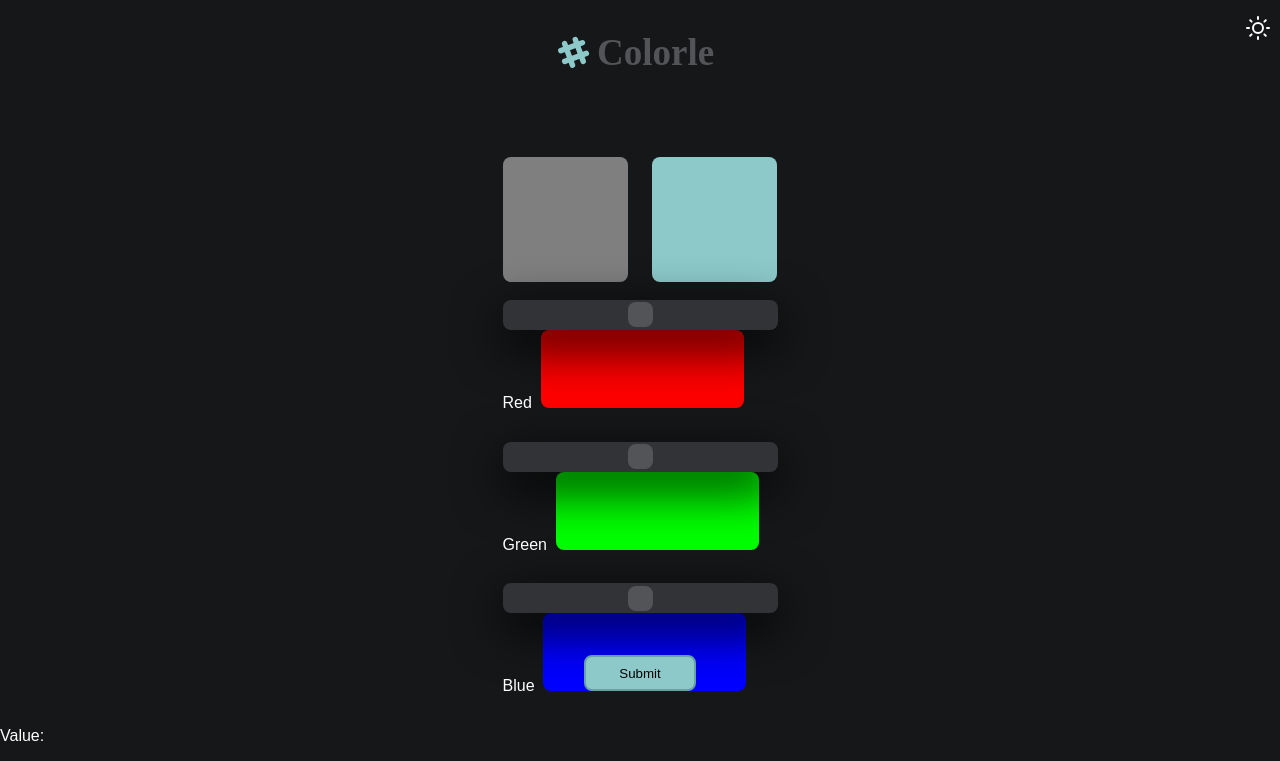
Repository: Artem-Melnik/Colorle
Page: index.html
These files come from the project's save history. The page is drawn as it stood at one moment and after the next save; the edit follows.
The browser window is 1280 px wide. The pictures show the whole page.

Above is the page before, as saved 2022-05-14 23:18:28.

### index.html
<!-- TODO: Change text/icon color -->
<!-- TODO: Represent guess correctness using Linear-style icons -->
<!-- TODO: Replace Colorle text logo with SVG/image due to font problems -->
<!-- TODO: Add textboxes where player can enter exact RGB values -->
<!DOCTYPE html>
<html>
  <head>
    <title>Parcel Sandbox</title>
    <link rel="icon" type="image/x-icon" href="assets/logo.svg">
    <link rel="stylesheet" href="styles.css">
    <meta charset="UTF-8" />
    <meta name="viewport" content="width=device-width" />
  </head>

  <script
    src="https://ajax.googleapis.com/ajax/libs/jquery/3.6.0/jquery.min.js"
    type="text/javascript"
  ></script>
  <script
    src="https://ajax.googleapis.com/ajax/libs/jqueryui/1.13.1/jquery-ui.min.js"
    type="text/javascript"
  ></script>
  <!-- Host feather icons locally and remove CDN? -->
  <script src="https://unpkg.com/feather-icons"></script>
  <script>
      feather.replace();
    </script>
  <script type="module" src="index.js" type="text/javascript"></script>

  <body>
    <div id="app"></div>
    <div class="topBar">
      <div id="header">
        <img id="logo" src="assets/logo.svg">
        <p id="title">Colorle</p>
      </div>
      <p>
        <button type="button" id="themeToggle">
          <img src="assets/sun-icon.svg">
          <!-- <i id="themeIcon" data-feather="sun"></i> -->
        </button>
      </p>
    </div>

    <div id="topColors">
      <div id="previewAll"></div>
      <div id="correctColor"></div>
    </div>
    <div id="redContainer">
      <input
        type="range"
        min="0"
        max="255"
        value="128"
        class="slider"
        id="sliderRed"
      />
      <p class="currentColor" id="currentRed">Red</p>
      <p class="rating" id="ratingRed"></p>
      <div id="previewRed"></div>
    </div>
    <div id="greenContainer">
      <input
        type="range"
        min="0"
        max="255"
        value="128"
        class="slider"
        id="sliderGreen"
      />
      <p class="currentColor" id="currentGreen">Green</p>
      <p class="rating" id="ratingGreen"></p>
      <div id="previewGreen"></div>
    </div>
    <div id="blueContainer">
      <input
        type="range"
        min="0"
        max="255"
        value="128"
        class="slider"
        id="sliderBlue"
      />
      <p class="currentColor" id="currentBlue">Blue</p>
      <p class="rating" id="ratingBlue"></p>
      <div id="previewBlue"></div>
    </div>
    <div class="guessText">
      <p>Value: <span id="guessColor"></span></p>
    </div>
    <div class="buttonContainer">
      <button type="button" id="submitButton">Submit</button>
    </div>
  </body>
</html>

### styles.css
body {
  font-family: sans-serif;
  margin: 0;
  background: #151718;
  color: #ffffff;
}

.lightTheme {
  background: #ffffff;
  color: #151718;
}

/* Changes the correctColor gradient to dark/black */
/* .correctColorDark {
  background-image: linear-gradient(
    to bottom,
    rgba(0, 0, 0, 0),
    rgba(0, 0, 0, 1) 100%
  ) !important;
} */

#header {
  display: block;
  position: relative;
  margin-left: auto;
  margin-right: auto;
  margin-bottom: 7%;
  margin-top: 2%;
  width: 165px;
  height: 42px;
  align-items: center;
}

#logo {
  position: relative;
  justify-content: center;
  align-items: center;
  margin-top: 10px;
  margin-bottom: -3px;
  margin-right: 3px;
  width: 32px;
  height: 32px;
}

#title {
  font-family: "Asap";
  font-style: normal;
  font-weight: 700;
  font-size: 37px;
  line-height: 42px;
  display: inline-block;
  /* align-items: center; */
  /* text-align: center; */
  color: #535458;
  margin: 0px;
}

#themeToggle {
  width: 25px;
  height: 25px;
  position: absolute;
  right: 15px;
  top: 15px;
  color: grey;
  background: none;
  border: none;
  transform: scale(1);
  transition: all 0.5s;
}

#themeToggle:hover {
  transform: scale(1.2);
}

#themeIcon {
  color: grey;
  width: 25px;
  height: 25px;
  transform: scale(1);
  transition: all 0.5s;
}

#themeIcon.animate {
  color: grey;
  transform: scale(0);
}

.transform-active {
  /* background-color: blue;
  animation-name: darkToLight;
  animation-duration: 1s; */
  color: #151718;
}

.transform {
  -webkit-transition: all 2s ease;
  -moz-transition: all 2s ease;
  -o-transition: all 2s ease;
  -ms-transition: all 2s ease;
  transition: all 2s ease;
}

/* @keyframes darkTolight {
  0% {
    color: #ffffff;
  }
  100% {
    color: #151718;
  }
} */

/* #previewId {
  width: 100px;
  height: 100px;
  background-color: var(color);
  border: solid black;
} */

/* correctColor gradient */
/* #correctColor {
  position: absolute;
  top: 0px;
  width: 100%;
  height: 25%;
  background-color: var(color);
  margin: auto;
  background-image: linear-gradient(
    to bottom,
    rgba(255, 255, 255, 0),
    rgba(255, 255, 255, 1) 100%
  );
  z-index: -1;
} */

#topColors {
  width: 275px;
  margin: auto;
}

#correctColor {
  display: inline-block;
  position: relative;
  width: 125px;
  height: 125px;
  border-radius: 8px;
  margin-left: 10px;
}

#previewAll {
  background-color: rgb(127, 127, 127);
  display: inline-block;
  position: relative;
  width: 125px;
  height: 125px;
  border-radius: 8px;
  order: 1;
  margin-right: 10px;
}

#redContainer,
#greenContainer,
#blueContainer {
  display: auto;
  justify-content: center;
  margin: auto;
  width: 275px;
}

#sliderRed,
#sliderGreen,
#sliderBlue {
  display: block;
  -webkit-appearance: none;
  -moz-appearance: none;
  appearance: none;
  background: #323337;
  width: 275px;
  height: 30px;
  top: 100px;
  border-radius: 8px;
  margin: auto;
  margin-top: 5%;
  filter: drop-shadow(0px 15px 25px #000000);
}

#sliderRed::-webkit-slider-thumb,
#sliderGreen::-webkit-slider-thumb,
#sliderBlue::-webkit-slider-thumb {
  -webkit-appearance: none;
  appearance: none;
  width: 25px;
  height: 25px;
  background: #535458;
  cursor: pointer;
  border-radius: 8px;
}

#currentRed,
#currentGreen,
#currentBlue,
#ratingRed,
#ratingGreen,
#ratingBlue {
  display: inline-block;
  position: relative;
}

#previewRed,
#previewGreen,
#previewBlue {
  display: inline-block;
  position: relative;
  width: 203px;
  height: 78px;
  /* background-color: var(color); */
  /* border: solid black; */
  border-radius: 8px;
  margin: auto;
  z-index: -1;
}

#previewRed {
  background-color: rgb(255, 0, 0);
}

#previewGreen {
  background-color: rgb(0, 255, 0);
}

#previewBlue {
  background-color: rgb(0, 0, 255);
}

.buttonContainer {
  display: flex;
  justify-content: center;
}

#submitButton {
  position: fixed;
  width: 112px;
  height: 36px;
  bottom: 4%;
  border: 2px solid;
  border-radius: 8px;
  transition: all 0.3s ease 0s;
}

#submitButton:hover {
  position: fixed;
  width: 112px;
  height: 36px;
  bottom: 4%;
  border: 2px solid;
  border-radius: 8px;
  filter: drop-shadow(0px 10px 15px #8dc9c980);
  transform: translateY(-5px);
}

#submitButton:active {
  position: fixed;
  width: 112px;
  height: 36px;
  bottom: 4%;
  border: 2px solid;
  border-radius: 8px;
  filter: drop-shadow(0px 10px 15px #8dc9c980);
  transform: translateY(-1px);
}

### index.js
// document.getElementById("sliderRange").innerHTML = `
// <div class="slidercontainer"></div>
// `;
// var root = document.querySelector(":root");
// var slider = document.getElementById("sliderRange");
// // Change "demo" to something else?
// var sliderRange = document.getElementById("demo");
// sliderRange.innerHTML = slider.value;
let correctRed = 141;
let correctGreen = 201;
let correctBlue = 201;

let red;
let green;
let blue;
// TODO: Split correctRGB into 3 seperate colors
let correctRgb =
  "rgb(" + correctRed + ", " + correctGreen + ", " + correctBlue + ")";

function changeColor() {
  red = document.getElementById("sliderRed").value;
  green = document.getElementById("sliderGreen").value;
  blue = document.getElementById("sliderBlue").value;

  document.getElementById("previewRed").style.backgroundColor =
    "rgb(" + red + ", 0, 0)";
  document.getElementById("previewGreen").style.backgroundColor =
    "rgb(0," + green + ", 0)";
  document.getElementById("previewBlue").style.backgroundColor =
    "rgb(0, 0," + blue + ")";

  document.getElementById("currentRed").textContent = red;
  document.getElementById("currentGreen").textContent = green;
  document.getElementById("currentBlue").textContent = blue;
}

// Shows guess color when submit button is clicked
// Also checks how close the guess is to the correct color
function onSubmit() {
  document.getElementById("previewAll").style.backgroundColor =
    "rgb(" + red + ", " + green + ", " + blue + ")";
  document.getElementById("guessColor").textContent =
    "rgb(" + red + ", " + green + ", " + blue + ")";

  // TODO: Optimize code for red, green, and blue checks
  // Check if red guess is correct
if (red == correctRed) {
  document.getElementById('ratingRed').innerText = "SS";
} else if ((red > correctRed - 6) && (red < correctRed + 6)) {
  document.getElementById('ratingRed').innerText = "S";
} else if ((red > correctRed - 12) && (red < correctRed + 12)) {
  document.getElementById('ratingRed').innerText = "A";
} else if ((red > correctRed - 24) && (red < correctRed + 24)) {
  document.getElementById('ratingRed').innerText = "B";
} else if ((red > correctRed - 48) && (red < correctRed + 48)) {
  document.getElementById('ratingRed').innerText = "C";
} else {
  document.getElementById('ratingRed').innerText = "D";
}

  // Does same thing as red check but for green
if (green == correctGreen) {
  document.getElementById('ratingGreen').innerText = "SS";
} else if ((green > correctGreen - 6) && (green < correctGreen + 6)) {
  document.getElementById('ratingGreen').innerText = "S";
} else if ((green > correctGreen - 12) && (green < correctGreen + 12)) {
  document.getElementById('ratingGreen').innerText = "A";
} else if ((green > correctGreen - 24) && (green < correctGreen + 24)) {
  document.getElementById('ratingGreen').innerText = "B";
} else if ((green > correctGreen - 48) && (green < correctGreen + 48)) {
  document.getElementById('ratingGreen').innerText = "C";
} else {
  document.getElementById('ratingGreen').innerText = "D";
}

  // Does same thing as red check but for blue
if (blue == correctBlue) {
  document.getElementById('ratingBlue').innerText = "SS";
} else if ((blue > correctBlue - 6) && (blue < correctBlue + 6)) {
  document.getElementById('ratingBlue').innerText = "S";
} else if ((blue > correctBlue - 12) && (blue < correctBlue + 12)) {
  document.getElementById('ratingBlue').innerText = "A";
} else if ((blue > correctBlue - 24) && (blue < correctBlue + 24)) {
  document.getElementById('ratingBlue').innerText = "B";
} else if ((blue > correctBlue - 48) && (blue < correctBlue + 48)) {
  document.getElementById('ratingBlue').innerText = "C";
} else {
  document.getElementById('ratingBlue').innerText = "D";
}

  // if ("rgb(" + red + "," + green + "," + blue + ")" === "rgb(141,201,201)") {
  //   alert("Correct!");
  // }
}

$("#themeToggle").click(function () {
  $("#themeIcon").toggleClass("animate");
});

function themeSwitch() {
  document.body.classList.toggle("lightTheme");
  document.getElementById("correctColor").classList.toggle("correctColorDark");
}

document.getElementById("correctColor").style.backgroundColor = correctRgb;
document.getElementById("logo").style.fill = correctRgb;
document.getElementById("submitButton").style.backgroundColor = correctRgb;
document.getElementById("submitButton").style.borderColor =
  "rgb(" +
  (correctRed - 38) +
  ", " +
  (correctGreen - 38) +
  ", " +
  (correctBlue - 38) +
  ")";

document.getElementById("sliderRed").addEventListener("input", changeColor);
document.getElementById("sliderGreen").addEventListener("input", changeColor);
document.getElementById("sliderBlue").addEventListener("input", changeColor);
document.getElementById("submitButton").addEventListener("click", onSubmit);
document.getElementById("themeToggle").addEventListener("click", themeSwitch);

// Plugs in sliderRange for green in RGB
// Outputs the value of the slider
// slider.oninput = function () {
//   sliderRange.innerHTML = this.value;
//   root.style.setProperty("--green", sliderRange);
//   alert(sliderRange);
// };

After the next save:
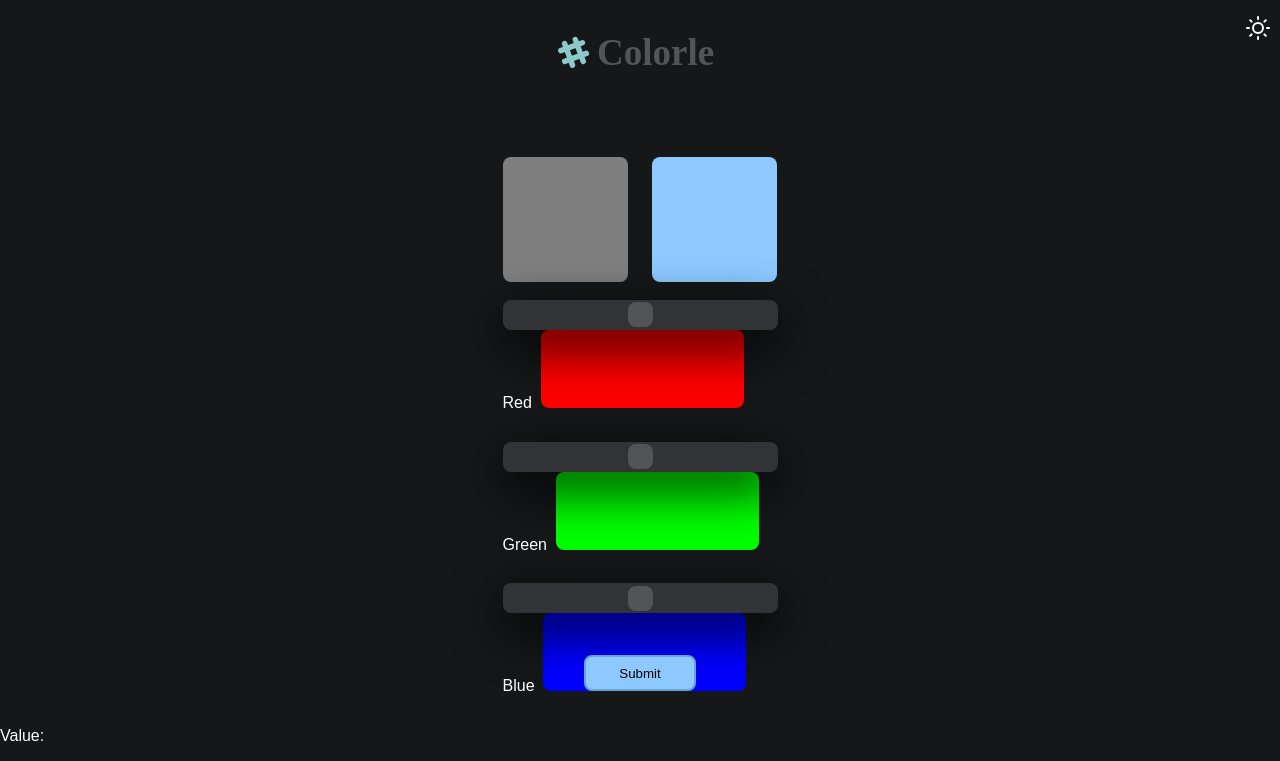
Saved 9 s later.
--- a/index.js
+++ b/index.js
@@ -8,7 +8,7 @@
 // sliderRange.innerHTML = slider.value;
 let correctRed = 141;
 let correctGreen = 201;
-let correctBlue = 201;
+let correctBlue = 255;
 
 let red;
 let green;

After the save that followed:
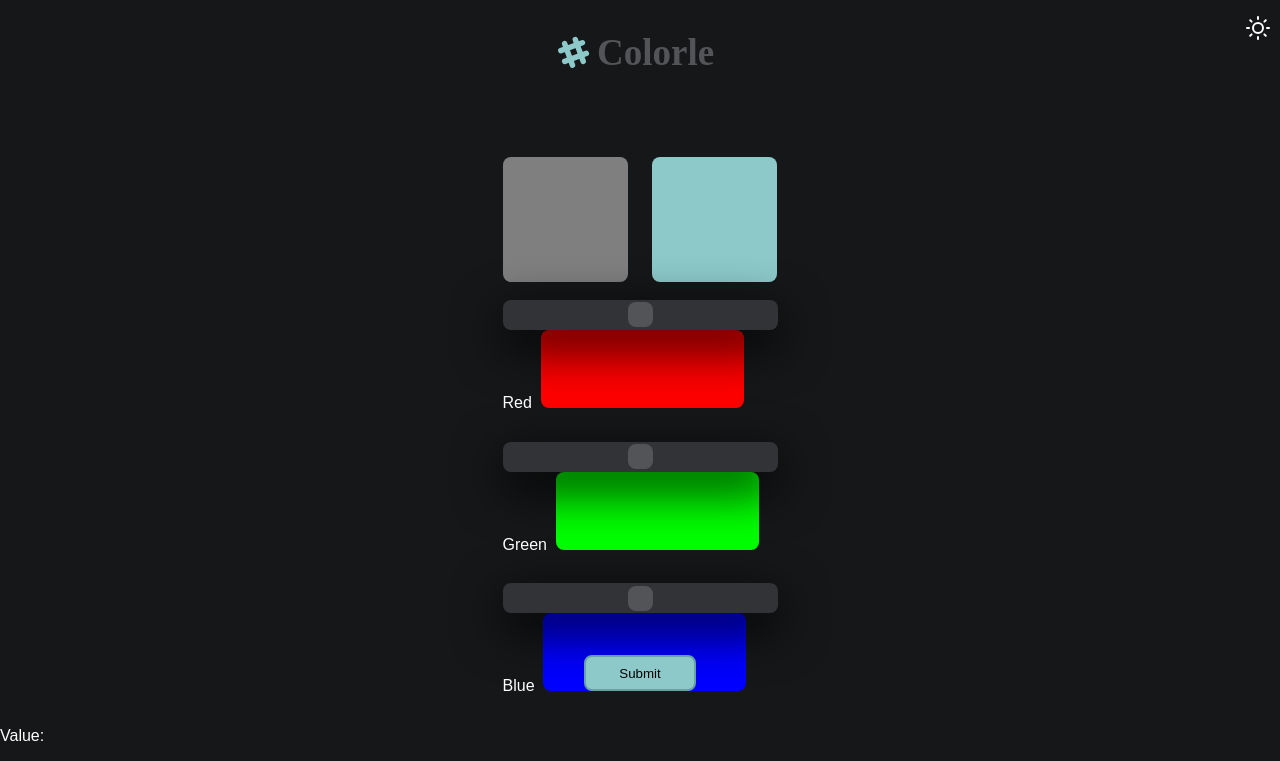
Saved 50 s later.
--- a/index.js
+++ b/index.js
@@ -8,7 +8,7 @@
 // sliderRange.innerHTML = slider.value;
 let correctRed = 141;
 let correctGreen = 201;
-let correctBlue = 255;
+let correctBlue = 201;
 
 let red;
 let green;
